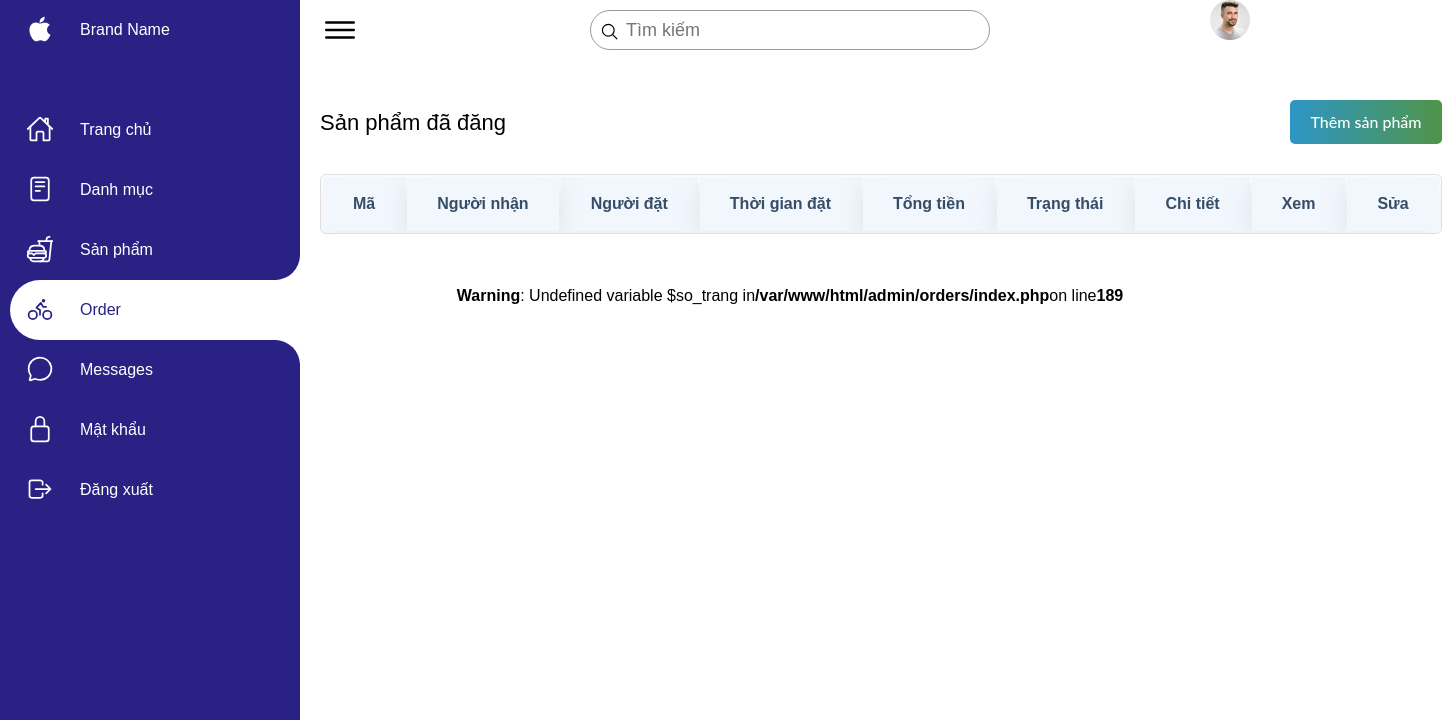
Repository: nguyennam1029/TopFoodNew
Page: http://localhost/admin/orders/index.php
The author's editor kept a copy of each file at every save. The page is drawn from the files as they stood at one save, then again after the next save.
The browser window is 1280 px wide. The page is 1442 px wide, so the pictures cover 1442 px, including what lies to the right of the window. The pictures show the whole page.
Some web fonts or font styles are not loaded; a fallback is used. The page is run by PHP 8.4 with error messages shown; the project is at /var/www/html/. The database holds what the project's SQL file puts in it.

Above is the page before, as saved 2022-08-02 00:02:20.

### admin/orders/index.php
<!DOCTYPE html>
<html lang="en">

<head>
    <meta charset="UTF-8">
    <meta http-equiv="X-UA-Compatible" content="IE=edge">
    <meta name="viewport" content="width=device-width, initial-scale=1.0">
    <title>Document</title>

    <link rel="stylesheet" href="../../noti.css" />
    <link rel="stylesheet" href="../assets/css/style.css" />
    <link rel="stylesheet" href="./sty.css">
    <style>
        .active-bg--order {
            background-color: var(--white) !important;
            pointer-events: none;

        }

        .active-text--order {
            color: var(--blue) !important;

        }

        .active-text--order::before {
            content: "";
            position: absolute;
            right: 0;
            top: -50px;
            width: 50px;
            height: 50px;
            background-color: transparent;
            border-radius: 50%;
            box-shadow: 35px 35px 0 10px var(--white);
            pointer-events: none;
        }

        .active-text--order::after {
            content: "";
            position: absolute;
            right: 0;
            bottom: -50px;
            width: 50px;
            height: 50px;
            background-color: transparent;
            border-radius: 50%;
            box-shadow: 35px -35px 0 10px var(--white);
            pointer-events: none;
        }
    </style>
</head>

<body>

    <div class="container">
        <?php if (isset($_GET['success'])) { ?>
            <div class="noti">
                <div class="noti-content">
                    <i class='bx bxs-bell-ring'></i>
                    <span class="noti-title"><?php echo $_GET['success'] ?></span>
                    <i class='bx bxs-bell-ring' style="margin-left: 6px; margin-right: 0;"></i>

                </div>
            </div>
        <?php } ?>
        <?php if (isset($_GET['delete'])) { ?>
            <div class="noti">
                <div class="noti-content">
                    <i class='bx bxs-bell-ring'></i>
                    <span class="noti-title"><?php echo $_GET['delete'] ?></span>
                    <i class='bx bxs-bell-ring' style="margin-left: 6px; margin-right: 0;"></i>

                </div>
            </div>
        <?php } ?>

        <?php if (isset($_GET['update'])) { ?>
            <div class="noti">
                <div class="noti-content">
                    <i class='bx bxs-bell-ring'></i>
                    <span class="noti-title"><?php echo $_GET['update'] ?></span>
                    <i class='bx bxs-bell-ring' style="margin-left: 6px; margin-right: 0;"></i>

                </div>
            </div>
        <?php } ?>

        <?php
        include '../menu2.php';
        ?>
        <div class="main">
            <?php
            include '../top_menu.php';
            ?>

            <!-- ================ Order Details List ================= -->
            <div class="details">

                <div class="recentOrders ">
                    <div class="cardHeader ">
                        <h2>Sản phẩm đã đăng</h2>
                        <a href="./form_insert.php" class="custom-btn btn-11">Thêm sản phẩm</a>
                    </div>
                    <?php
                    require '../connect.php';

                    $sql = "select
oders.*,
user.name,
user.phone,
user.address
from oders
join user
on user.id = oders.customer_id";
                    $result = mysqli_query($connect, $sql);

                    ?>
                    <div class="sticky-table">
                        <table>
                            <thead>
                                <tr>
                                    <th>Mã</th>
                                    <th>Người nhận</th>
                                    <th>Người đặt</th>
                                    <th>Thời gian đặt</th>
                                    <th>Tổng tiền</th>
                                    <th>Trạng thái</th>
                                    <th>Chi tiết</th>
                                    <th>Xem</th>
                                    <th>Sửa</th>
                                </tr>
                            </thead>

                            <tbody>
                                <?php foreach ($result as $each) : ?>
                                    <tr>
                                        <td><?php echo $each['id'] ?></td>
                                        <td><?php echo $each['name_receiver'] ?><br>
                                            <?php echo $each['phone'] ?><br>
                                            <?php echo $each['address_receiver'] ?><br>
                                        </td>
                                        <td><?php echo $each['name'] ?><br>
                                            <?php echo $each['phone'] ?><br>
                                            <?php echo $each['address'] ?><br></td>


                                        <td><?php echo $each['created_at'] ?></td>

                                        <td><?php echo $each['total_price'] ?></td>
                                        <td><?php
                                            switch ($each['status']) {
                                                case '0':
                                                    echo "mới đặt";
                                                    break;
                                                case '1':
                                                    echo "đã duyệt";
                                                    break;
                                                case '2':
                                                    echo "đã hủy";
                                                    break;
                                            }
                                            ?></td>
                                        <td><a href="detail.php?id=<?php echo $each['id'] ?>">
                                                xem
                                            </a></td>
                                        <td><a href="update.php?id=<?php echo $each['id'] ?>&status=1">
                                                duyệt
                                            </a><br>
                                            <a href="update.php?id=<?php echo $each['id'] ?>&status=2">
                                                hủy
                                            </a>
                                        </td>

                                    </tr>
                                <?php endforeach ?>

                            </tbody>
                        </table>

                    </div>
                </div>

                <!-- ================= New Customers ================ -->

            </div>
            <div class="panigation">
                <ul class="page-list">

                    <?php for ($i = 1; $i <= $so_trang; $i++) { ?>
                        <a class="page-item <?php echo ($i == $trang) ? 'active' : '' ?>" href=" ?trang=<?php echo $i ?>&tim_kiem=<?php echo $tim_kiem ?>">
                            <?php echo $i ?>
                        </a>
                    <?php } ?>


                </ul>
            </div>

        </div>
    </div>


    <!-- =========== Scripts =========  -->
    <script src="../assets/js/main.js"></script>

    <!-- ====== ionicons ======= -->
    <script type="module" src="https://unpkg.com/ionicons@5.5.2/dist/ionicons/ionicons.esm.js"></script>
    <script nomodule src="https://unpkg.com/ionicons@5.5.2/dist/ionicons/ionicons.js"></script>
</body>

</html>

### admin/menu2.php
<div class="navigation">
    <ul>
        <li>
            <a href="#">
                <span class="icon">
                    <ion-icon name="logo-apple"></ion-icon>
                </span>
                <span class="title">Brand Name</span>
            </a>
        </li>

        <li class="active-bg--home">
            <a href="../home/index.php" class="active-text--home">
                <span class="icon">
                    <ion-icon name="home-outline"></ion-icon>
                </span>
                <span class="title">Trang chủ</span>
            </a>
        </li>
        <li class="active-bg--category">
            <a href="../nha_san_xuat/index.php" class="active-text--category">
                <span class="icon">
                    <ion-icon name="reader-outline"></ion-icon>
                </span>
                <span class="title">Danh mục</span>
            </a>
        </li>
        <li class="active-bg--product">
            <a href="../san_pham/index.php" class="active-text--product">
                <span class="icon">
                    <ion-icon name="fast-food-outline"></ion-icon>
                </span>
                <span class="title">Sản phẩm</span>
            </a>
        </li>

        <li class="active-bg--order">
            <a href="../orders/index.php" class="active-text--order">
                <span class="icon">
                    <ion-icon name="bicycle-outline"></ion-icon>
                </span>
                <span class="title">Order</span>
            </a>
        </li>

        <li>
            <a href="#">
                <span class="icon">
                    <ion-icon name="chatbubble-outline"></ion-icon>
                </span>
                <span class="title">Messages</span>
            </a>
        </li>





        <li>
            <a href="./t.html">
                <span class="icon">
                    <ion-icon name="lock-closed-outline"></ion-icon>
                </span>
                <span class="title">Mật khẩu</span>
            </a>
        </li>

        <li>
            <a href="#">
                <span class="icon">
                    <ion-icon name="log-out-outline"></ion-icon>
                </span>
                <span class="title">Đăng xuất</span>
            </a>
        </li>
    </ul>
</div>

### admin/top_menu.php
<?php $tim_kiem = $_GET['tim_kiem'] ?? ''; ?>
<div class="topbar">
    <div class="toggle">
        <ion-icon name="menu-outline"></ion-icon>
    </div>

    <div class="search">
        <form>

            <label>
                <input type="search" name="tim_kiem" value="<?php echo $tim_kiem ?>" placeholder="Tìm kiếm" />
                <ion-icon name="search-outline"></ion-icon>
            </label>
        </form>
    </div>

    <div class="user">

        <img src="../assets/imgs/customer01.jpg" alt="" style="width: 40px;height: 40px; border-radius: 50%;" />
    </div>
</div>

### admin/connect.php
<?php
$connect = mysqli_connect('localhost','root','','topfood');

### noti.css
.noti {
    position          : fixed;
    right             : 12px;
    top               : 66px;
    background-color  : rgb(244, 244, 244);
    /*box-shadow      : rgba(100, 100, 111, 0.2) 0px 7px 29px 0px;
    */
    border-radius     : 8px;
    display           : flex;
    transform         : translateX(150%);
    animation         : noti 3s forwards 1 linear;
    z-index           : 9999;
    -webkit-transform : translateX(150%);
    -moz-transform    : translateX(150%);
    -ms-transform     : translateX(150%);
    -o-transform      : translateX(150%);
    -webkit-animation : noti 3s forwards 1 linear;
    box-shadow        : -15px 17px 16px -12px rgba(0, 0, 0, 0.5);
    -webkit-box-shadow: -15px 17px 16px -12px rgba(0, 0, 0, 0.5);
}

@keyframes noti {

    20%,
    80% {
        transform        : translateX(0);
        -webkit-transform: translateX(0);
        -moz-transform   : translateX(0);
        -ms-transform    : translateX(0);
        -o-transform     : translateX(0);
    }

    100% {
        transform        : translateX(150%);
        -webkit-transform: translateX(150%);
        -moz-transform   : translateX(150%);
        -ms-transform    : translateX(150%);
        -o-transform     : translateX(150%);
    }
}


.noti-content {
    padding        : 15px;
    display        : flex;
    justify-content: center;
    align-items    : center;

}

.noti-content i {
    color                       : #000000;
    margin-right                : 8px;
    background                  : linear-gradient(to right, #ff8a00, #ff2070);
    -webkit-background-clip     : text;
    -webkit-text-fill-color     : transparent;
    -webkit-box-decoration-break: clone;
    animation                   : 1.2s ease infinite;
}

.noti-title {
    font-size  : 16px;
    font-weight: 400;
    color      : #000000;
}

### admin/san_pham/sty.css
.page-item {
    text-decoration: none;
}

/* ------Page-------- */
.page-list {
    display        : flex;
    align-items    : center;
    justify-content: center;
    list-style     : none;
    margin         : 30px 0 10px;
}

.page-item {
    border-radius: 4px;

    width          : 36px;
    height         : 36px;
    display        : flex;
    justify-content: center;
    align-items    : center;
    margin-right   : 4px;
    background     : #1b364e;
    transition     : .5s all;
    color          : #feffff;
    font-size      : 14px;
    text-shadow    : 0 1px 0 rgb(0 0 0 / 50%);
    box-shadow     : inset 0 1px 1px rgb(255 255 255 / 7%), 0 1px 3px rgb(0 0 0 / 29%);
}

.page-item:hover {
    cursor    : pointer;
    background: #396792;
    color     : #fff;
    transition: .5s all;
}

.page-item.active {
    background: linear-gradient(to right, #ff8a00, #ff2070);
    transition: .5s all;
    color     : #fff;
}

.page-item.active:hover {
    background         : #cd881e;
    background-position: right center;
    cursor             : not-allowed;
}

### topfood.sql (the tables this page reads)
CREATE TABLE `user` (
  `id` int(11) NOT NULL,
  `name` varchar(50) NOT NULL,
  `email` varchar(50) NOT NULL,
  `password` varchar(200) NOT NULL,
  `phone` char(20) NOT NULL,
  `address` text NOT NULL
) ENGINE=InnoDB DEFAULT CHARSET=utf8mb4;

INSERT INTO `user` (`id`, `name`, `email`, `password`, `phone`, `address`) VALUES
(1, 'srere', '1rf@gmail.com', '13435', '132344', ''),
(2, 'trương ngọc minh', 'minh@gmail.com', '123', '12456774', ''),
(3, 'nguyennam', 'namnam1029@gmail.com', '123', '1243546', ''),
(4, 'blabla', '12f@g', '1323', '133444', ''),
(5, 'Minh', 'naasf12@g', '123', '12345', ''),
(6, 'Nam good boy', '12gg@G', '123', '13246', ''),
(7, 'gê', 'namnam102339@gmail.com', '22', '5335', ''),
(8, 'nam1', 'nam1@gmail.com', '1', '123456', ''),
(9, 'namthu', 'namkfk@gmail.com', '1', '1', ''),
(10, 'namVip', 'nam000@gmail.com', '123', '123', ''),
(11, 'NamDev', 'namdev@gmail.com', '1', '111', ''),
(12, 'Nguyen', 'nguyen@g', '1', '123', ''),
(13, '1', '111@g', '1', '1', '');

ALTER TABLE `user`
  ADD PRIMARY KEY (`id`);

ALTER TABLE `user`
  MODIFY `id` int(11) NOT NULL AUTO_INCREMENT, AUTO_INCREMENT=14;

### topfood2.sql (the tables this page reads)
CREATE TABLE `oders` (
  `id` int(11) NOT NULL,
  `customer_id` int(11) NOT NULL,
  `name_receiver` varchar(100) NOT NULL,
  `address_receiver` text NOT NULL,
  `status` int(11) NOT NULL,
  `created_at` timestamp NOT NULL DEFAULT current_timestamp() ON UPDATE current_timestamp(),
  `phone_receiver` char(12) NOT NULL,
  `total_price` float NOT NULL
) ENGINE=InnoDB DEFAULT CHARSET=utf8mb4;

INSERT INTO `oders` (`id`, `customer_id`, `name_receiver`, `address_receiver`, `status`, `created_at`, `phone_receiver`, `total_price`) VALUES
(6, 52, 'Namdev', 'ktx Bách khóa, Hai bà trưng, Hà Nội', 1, '2022-08-01 17:28:31', '096678999', 796000),
(7, 53, 'nam', 'ktx  bach khoa', 1, '2022-08-11 09:03:54', '123456', 1921000),
(8, 54, 'nam1', 'ktx', 0, '2022-08-02 02:14:50', '1234', 685000),
(9, 55, 'dfh', '111', 0, '2022-08-03 17:09:04', '1', 1148000),
(10, 56, 'nguyen  nam', 'ktx bach khoa', 0, '2022-08-05 05:57:37', '099914525', 2675000),
(11, 52, 'Namdev', 'ktx Bách khóa, Hai bà trưng, Hà Nội', 0, '2022-08-07 15:41:29', '096678999', 1197000),
(12, 52, 'Namdev', 'ktx Bách khóa, Hai bà trưng, Hà Nội', 0, '2022-08-07 15:43:17', '096678999', 287000),
(13, 60, 'NamDev', 'ktx bach khoa, ha noi', 0, '2022-08-07 16:06:47', '0966216666', 3736000);

ALTER TABLE `oders`
  ADD PRIMARY KEY (`id`),
  ADD KEY `customer_id` (`customer_id`);

ALTER TABLE `oders`
  MODIFY `id` int(11) NOT NULL AUTO_INCREMENT, AUTO_INCREMENT=14;

ALTER TABLE `oders`
  ADD CONSTRAINT `oders_ibfk_1` FOREIGN KEY (`customer_id`) REFERENCES `user` (`id`);

Loaded but not shown: admin/assets/js/main.js (common file); admin/assets/css/style.css (579 lines, source omitted)

After the next save:
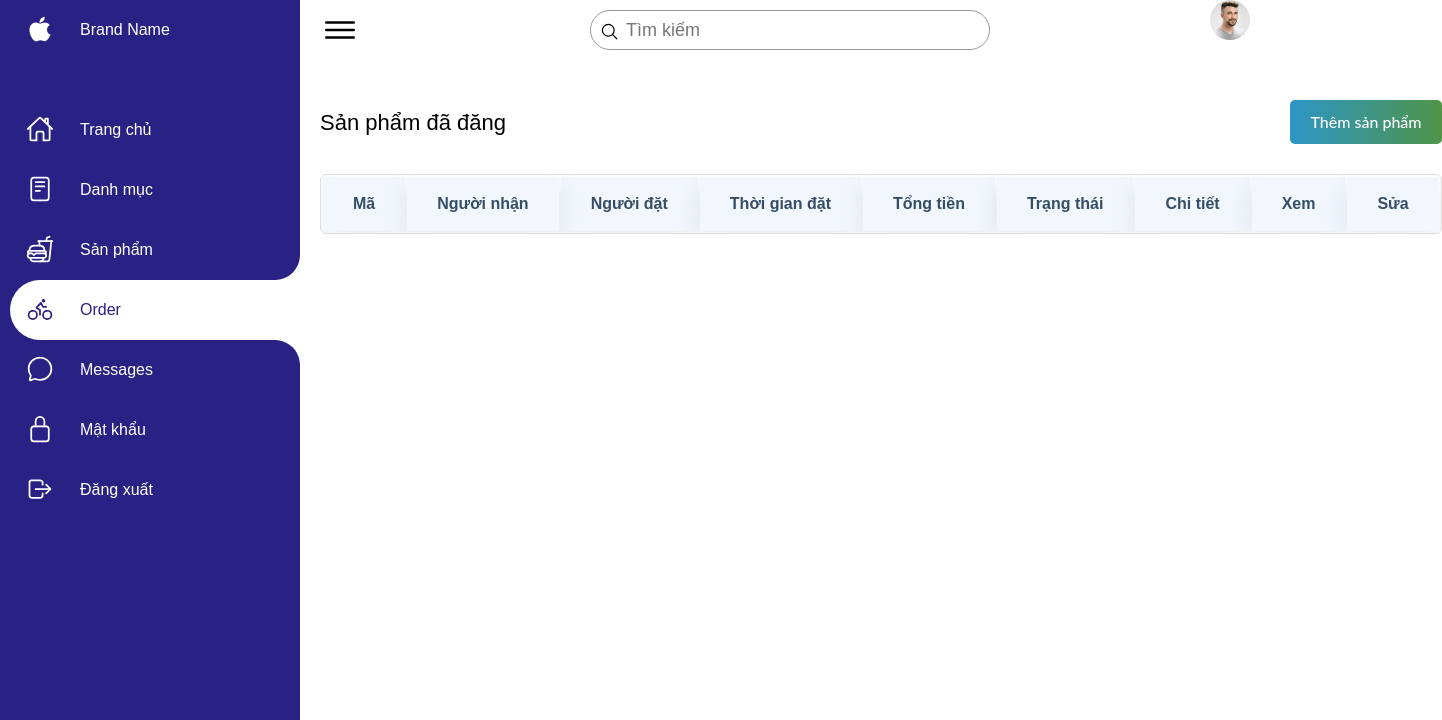
Saved 19 s later.
--- a/admin/orders/index.php
+++ b/admin/orders/index.php
@@ -183,18 +183,7 @@ on user.id = oders.customer_id";
                 <!-- ================= New Customers ================ -->
 
             </div>
-            <div class="panigation">
-                <ul class="page-list">
-
-                    <?php for ($i = 1; $i <= $so_trang; $i++) { ?>
-                        <a class="page-item <?php echo ($i == $trang) ? 'active' : '' ?>" href=" ?trang=<?php echo $i ?>&tim_kiem=<?php echo $tim_kiem ?>">
-                            <?php echo $i ?>
-                        </a>
-                    <?php } ?>
-
-
-                </ul>
-            </div>
+
 
         </div>
     </div>
